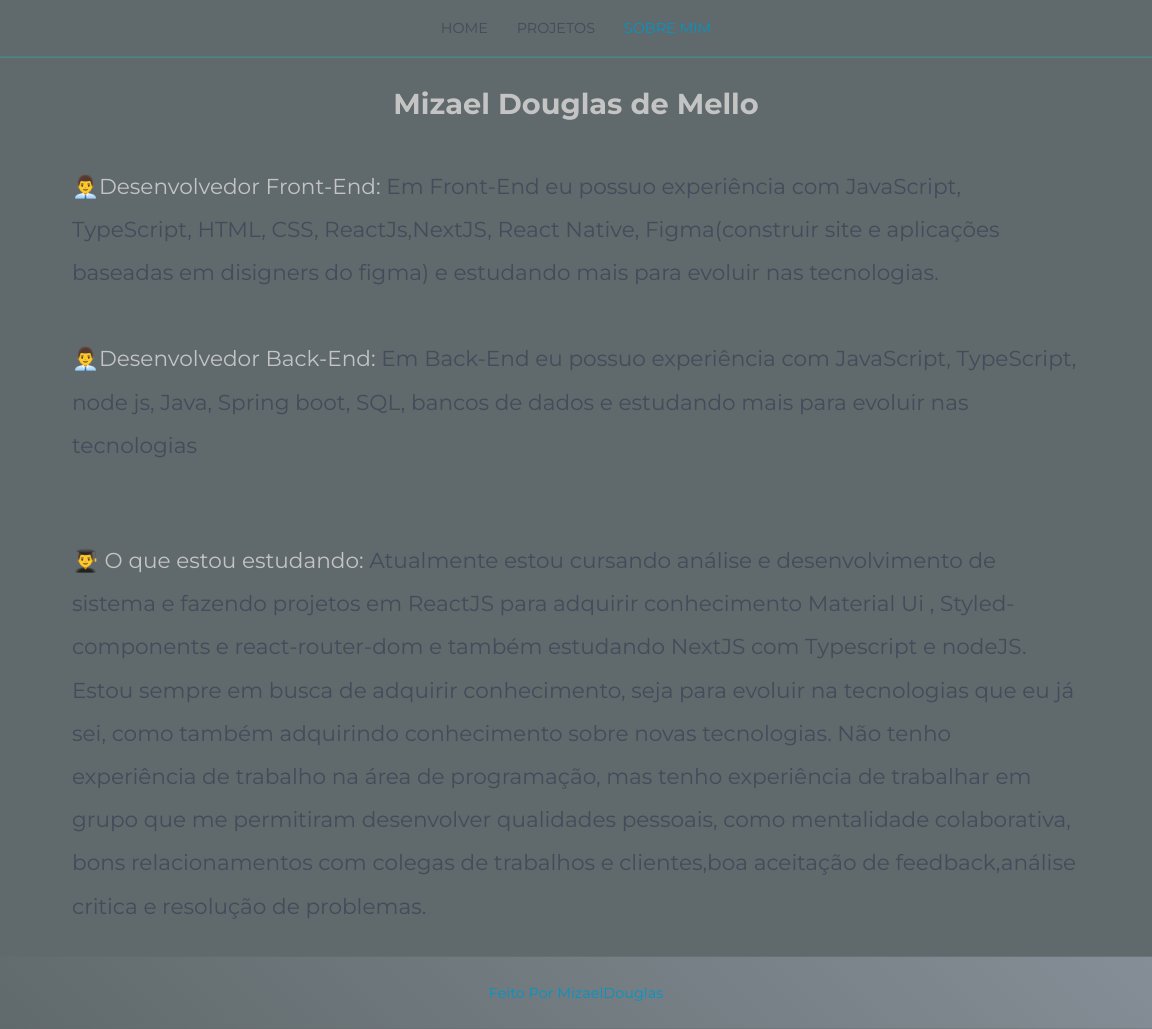
Repository: Mizaeldouglas/New-Portifolio
Page: /sobre
An editor plug-in stored every save of this project. The page is shown before and after the next save, followed by the edit.
The browser window is 1280 px wide. The pictures show the whole page, at 90% of full size.
The project was rebuilt for these pictures with package versions that can differ from the ones it lists, and the page was loaded fresh each time. The framework's server and built-in components were replaced by stand-ins that run in the browser. Also part of the build but not shown: next.config.js.

Above is the page before, as saved 2022-07-05 21:00:07.

After the next save:
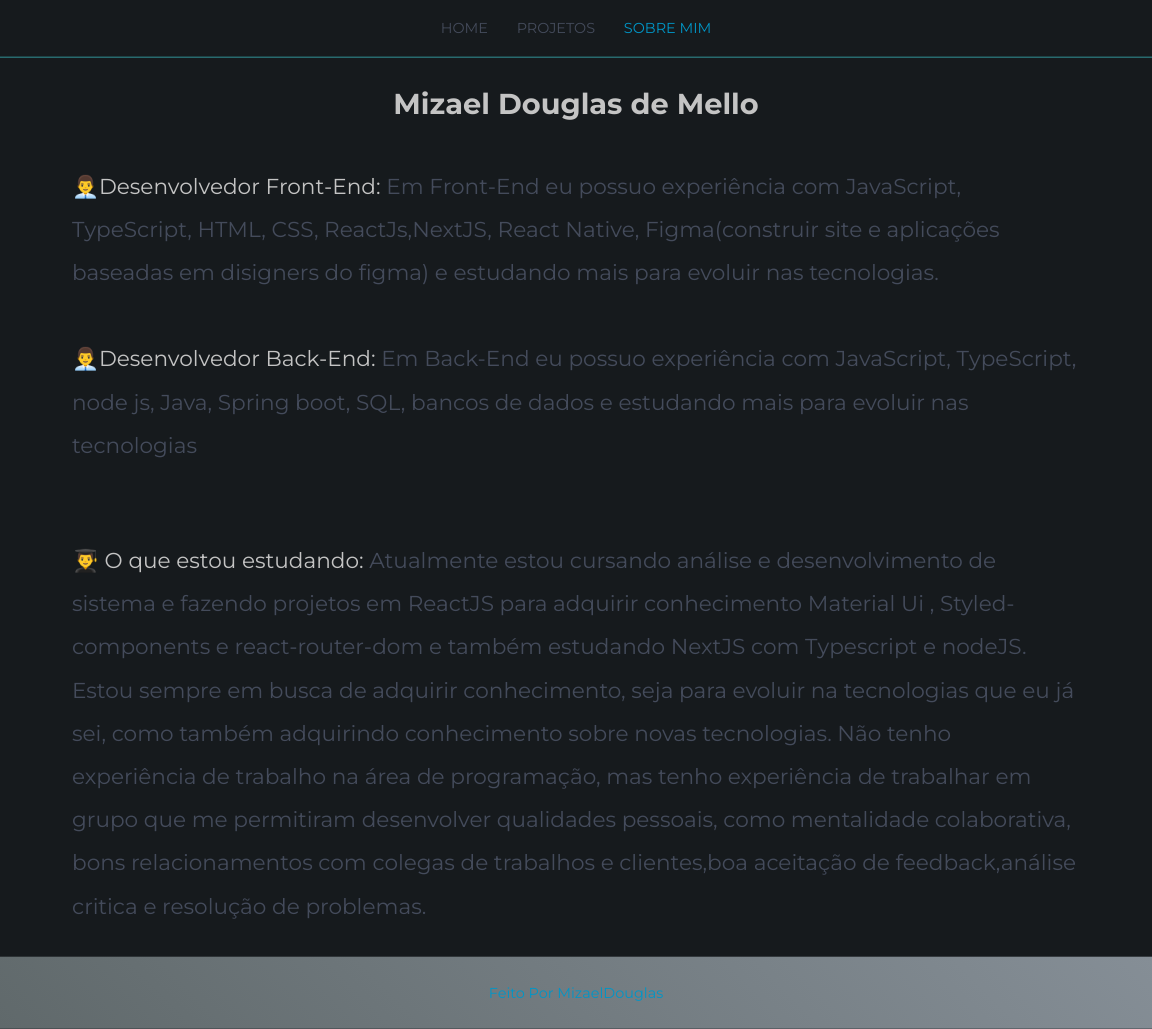
Saved 7 s later.
--- a/src/styles/theme.ts
+++ b/src/styles/theme.ts
@@ -1,5 +1,5 @@
 const theme = {
-  background: '#60696B',
+  background: '#161a1d',
   backgroundLight: '#34a0a4',
   primary: '#0096c7',
   secondary: '#023e8a',
